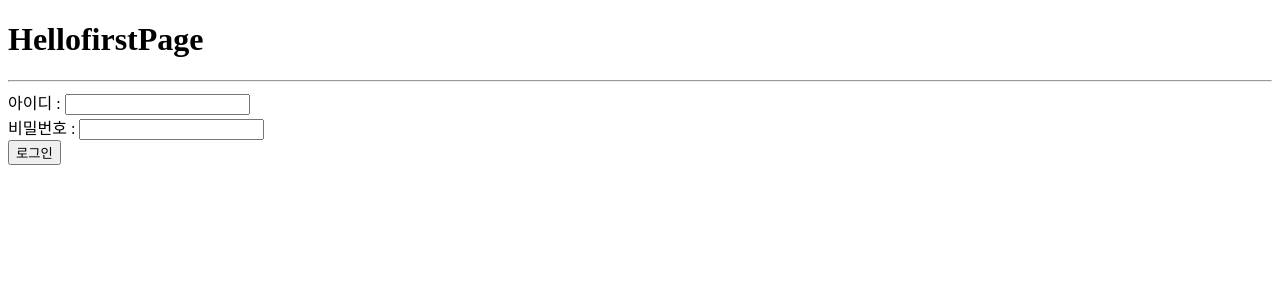
Repository: papepopopy/javascript
Page: jspStudy/jspStudy/webjsp/src/main/webapp/HellofirstPage.html
The author's editor kept a copy of each file at every save. The page is drawn from the files as they stood at one save, then again after the next save.
The browser window is 1280 px wide. The pictures show the whole page.

Above is the page before, as saved 2024-06-26 01:55:58.

### jspStudy/jspStudy/webjsp/src/main/webapp/HellofirstPage.html
<!DOCTYPE html>
<html lang="en">
<head>
    <meta charset="UTF-8">
    <meta name="viewport" content="width=device-width, initial-scale=1.0">
    <title>Document</title>
</head>
<body>
    <h1>HellofirstPage</h1>
    <hr>
    <form>
    	<div>
	    	<label>아이디 : </label>
	    	<input type="text" name="user_id" class="">
    	</div>
    	<div>
	    	<label>비밀번호 : </label>
	    	<input type="password" name="user_pw" class="">
    	</div>
    	<div>
	    	<div>
	    		<input type="submit" value="로그인" class="">
	    	</div>
    	</div>
    </form>
</body>
</html>

After the next save:
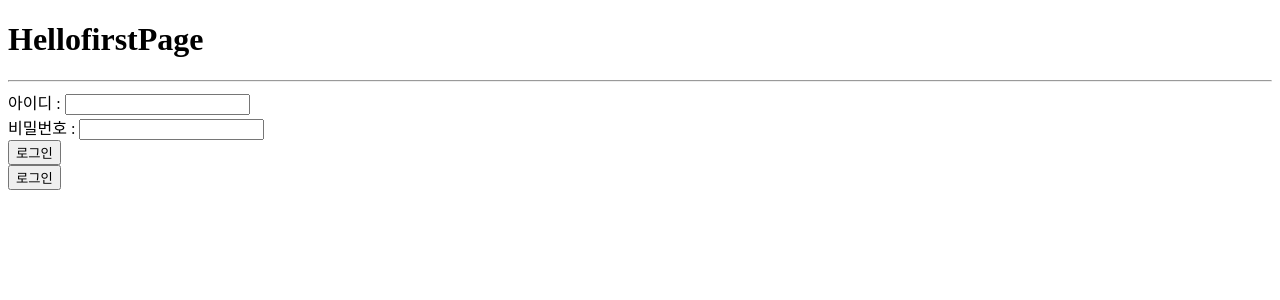
Saved 7 s later.
--- a/jspStudy/jspStudy/webjsp/src/main/webapp/HellofirstPage.html
+++ b/jspStudy/jspStudy/webjsp/src/main/webapp/HellofirstPage.html
@@ -21,6 +21,9 @@
 	    	<div>
 	    		<input type="submit" value="로그인" class="">
 	    	</div>
+	    	<div>
+	    		<input type="submit" value="로그인" class="">
+	    	</div>
     	</div>
     </form>
 </body>
